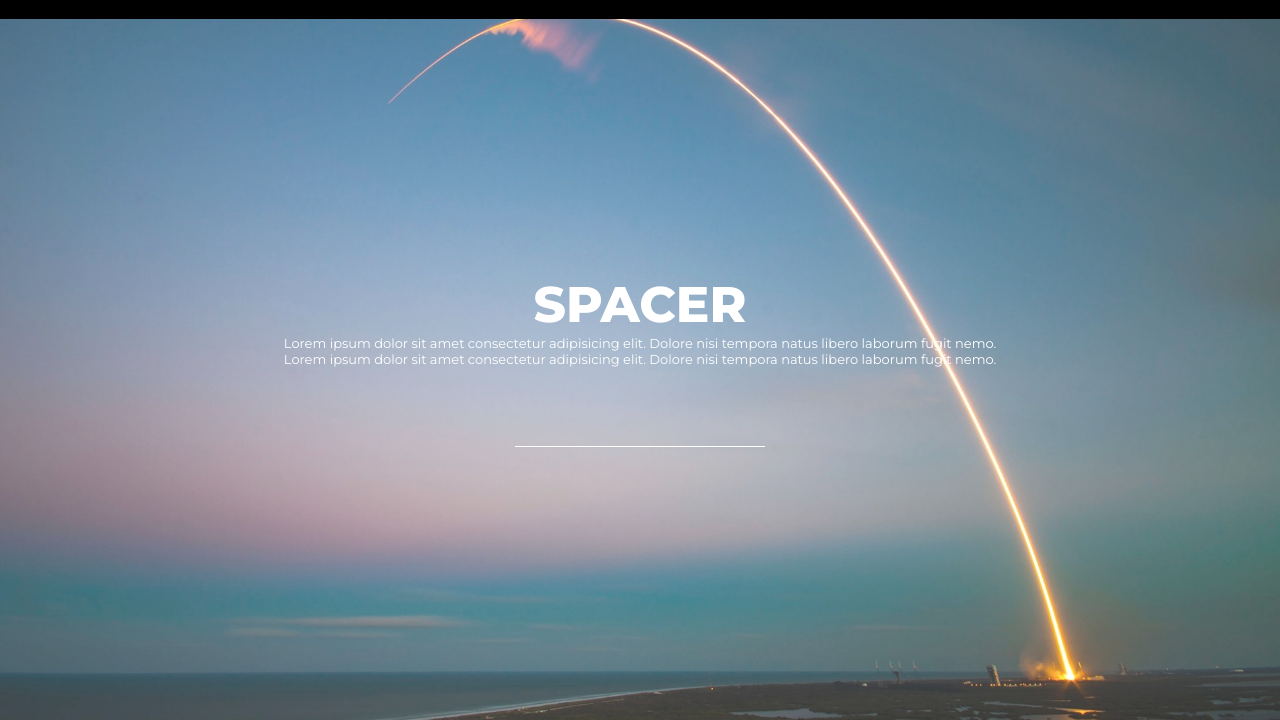
Repository: Trelefele/spacer-roman
Page: /
These files come from the project's save history. The page is drawn as it stood at one moment and after the next save; the edit follows.
The browser window is 1280 px wide. The pictures show the whole page.
The project was rebuilt for these pictures with package versions that can differ from the ones it lists, and the page was loaded fresh each time.

Above is the page before, as saved 2019-02-05 19:32:30.

After the next save:
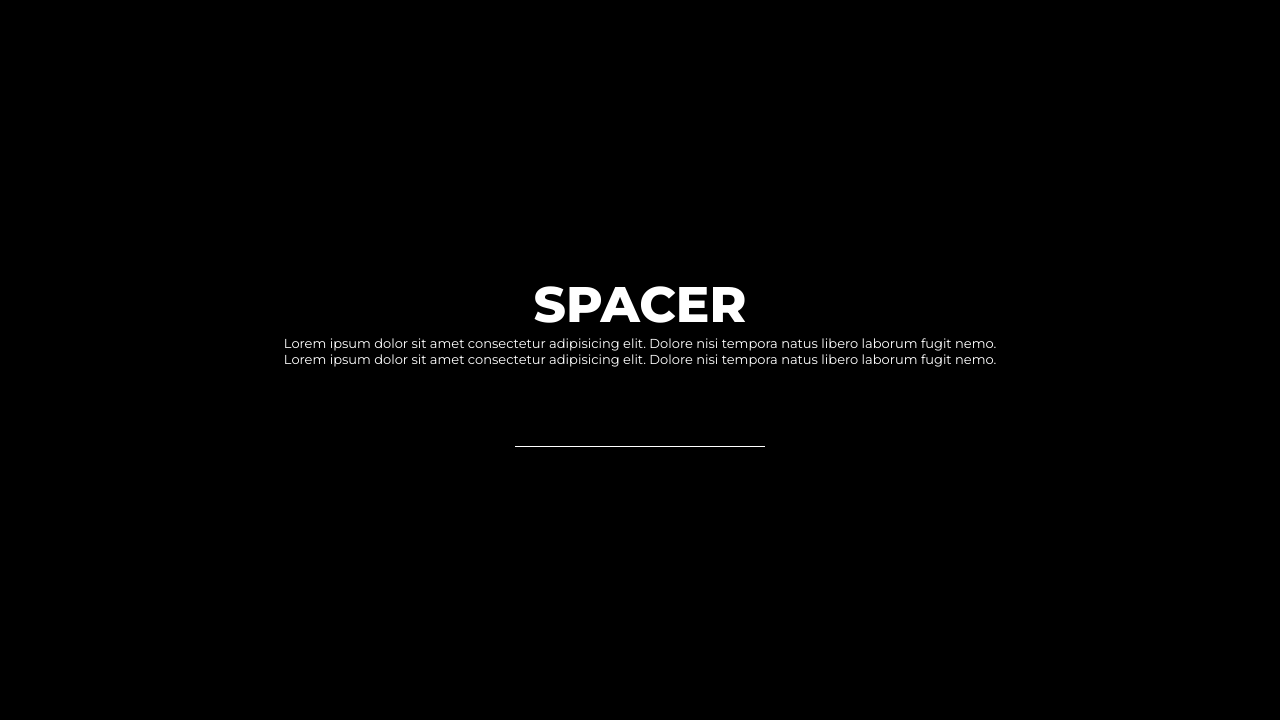
Saved 6 s later.
--- a/src/components/HeroImage.vue
+++ b/src/components/HeroImage.vue
@@ -28,5 +28,6 @@ export default {
     left: 0;
     z-index: 1;
     width: 100%;
+    height: 100%;
 }
 </style>
